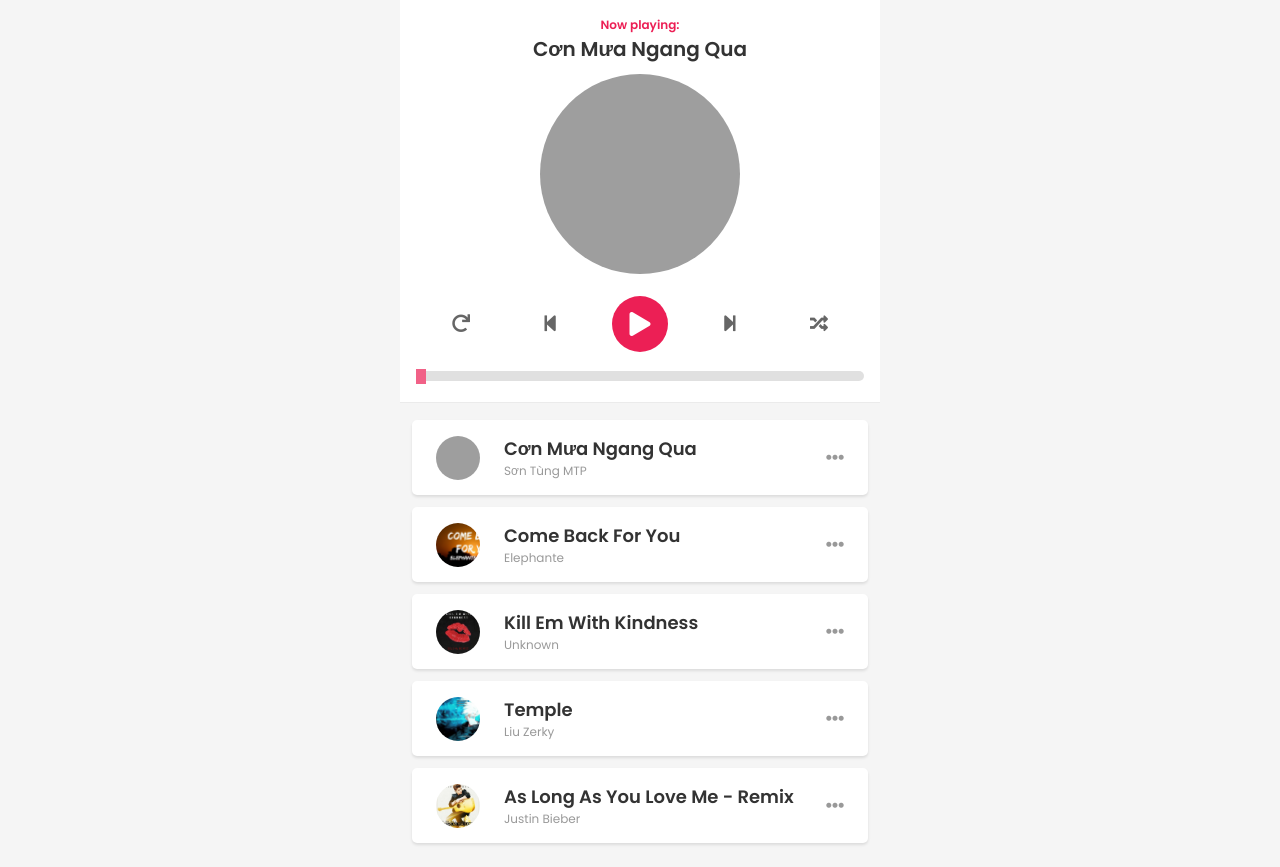
Repository: vandat598/musicPlayer
Page: index.html
The author's editor kept a copy of each file at every save. The page is drawn from the files as they stood at one save, then again after the next save.
The browser window is 1280 px wide. The pictures show the whole page.
Pictures or frames that could not be fetched are drawn as grey boxes.

Above is the page before, as saved 2022-04-28 15:59:36.

After the next save:
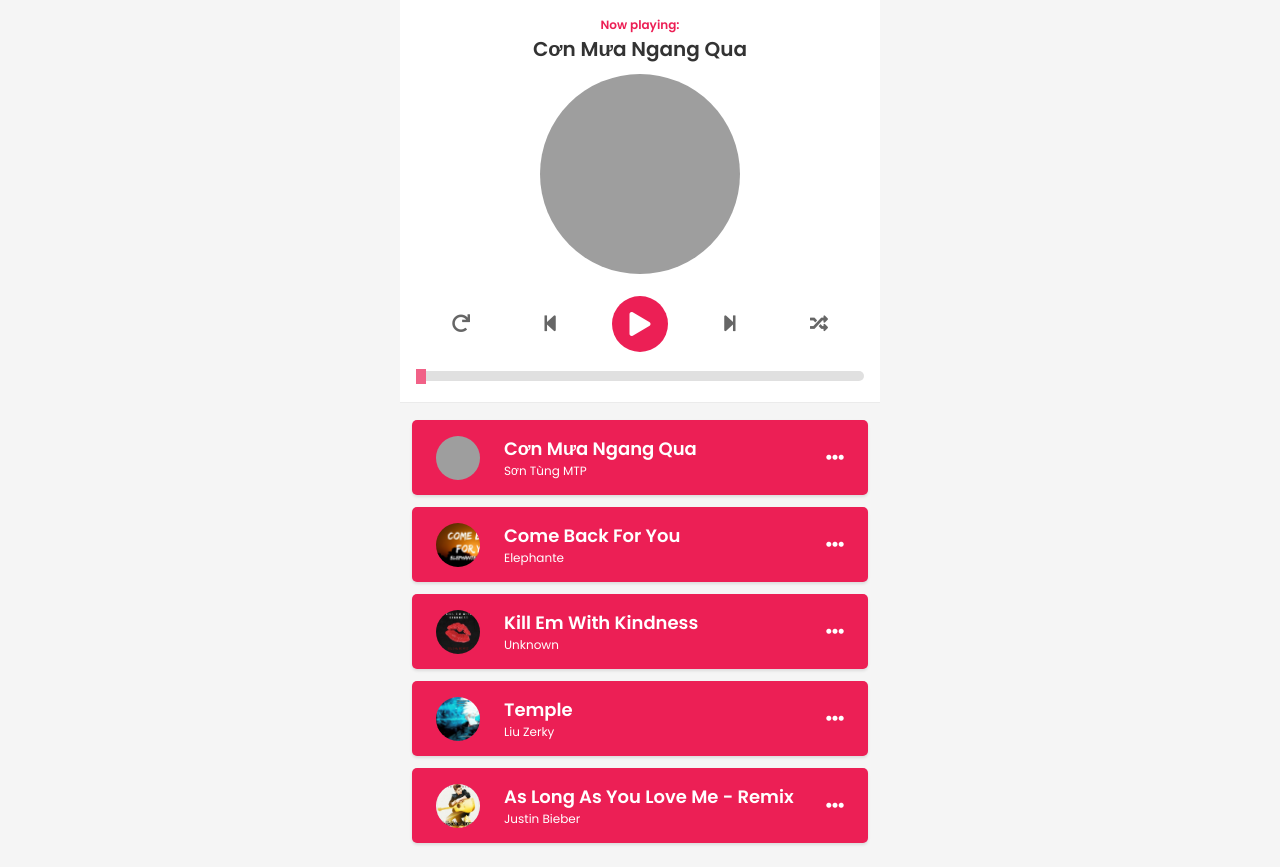
Saved 99 s later.
--- a/index.html
+++ b/index.html
@@ -192,7 +192,7 @@
         render() {
           const htmls = this.songs.map((song, index) => {
             return `
-              <div class="song">
+              <div class="song active">
                 <div class="thumb" style="background-image: url('${song.image}')">
                 </div>
                 <div class="body">

After the save that followed:
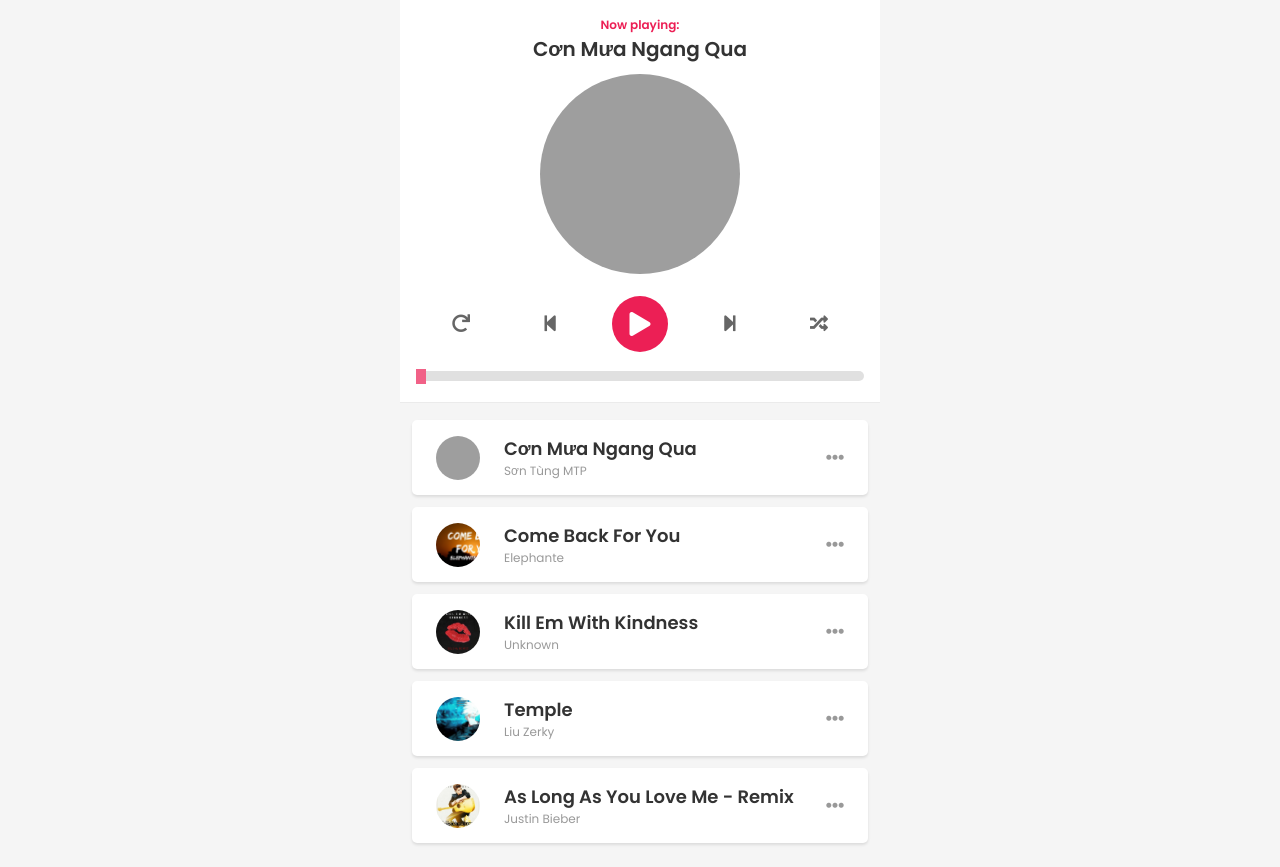
Saved 12 s later.
--- a/index.html
+++ b/index.html
@@ -192,7 +192,7 @@
         render() {
           const htmls = this.songs.map((song, index) => {
             return `
-              <div class="song active">
+              <div class="song">
                 <div class="thumb" style="background-image: url('${song.image}')">
                 </div>
                 <div class="body">
